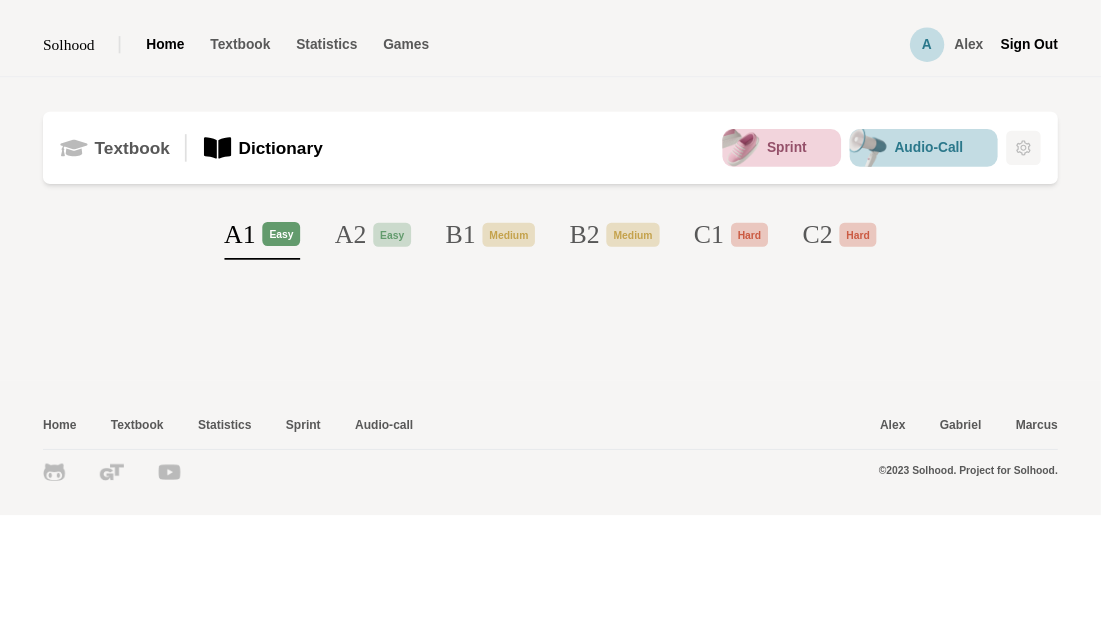
Repository: haudnn/solhood
Page: /textbook
An editor plug-in stored every save of this project. The page is shown before and after the next save, followed by the edit.
The browser window is 1280 px wide. The pictures show the whole page, at 86% of full size.
Pictures or frames that could not be fetched are drawn as grey boxes. The project was rebuilt for these pictures with package versions that can differ from the ones it lists, and the page was loaded fresh each time. Also part of the build but not shown: src/pages/Home.tsx, src/pages/sprint/Sprint.tsx, src/pages/sprint/Game.tsx, src/pages/sprint/Result.tsx, src/pages/audio/Audio.tsx, src/pages/audio/Game.tsx, src/pages/audio/Result.tsx.

Above is the page before, as saved 2023-01-06 18:18:06.

After the next save:
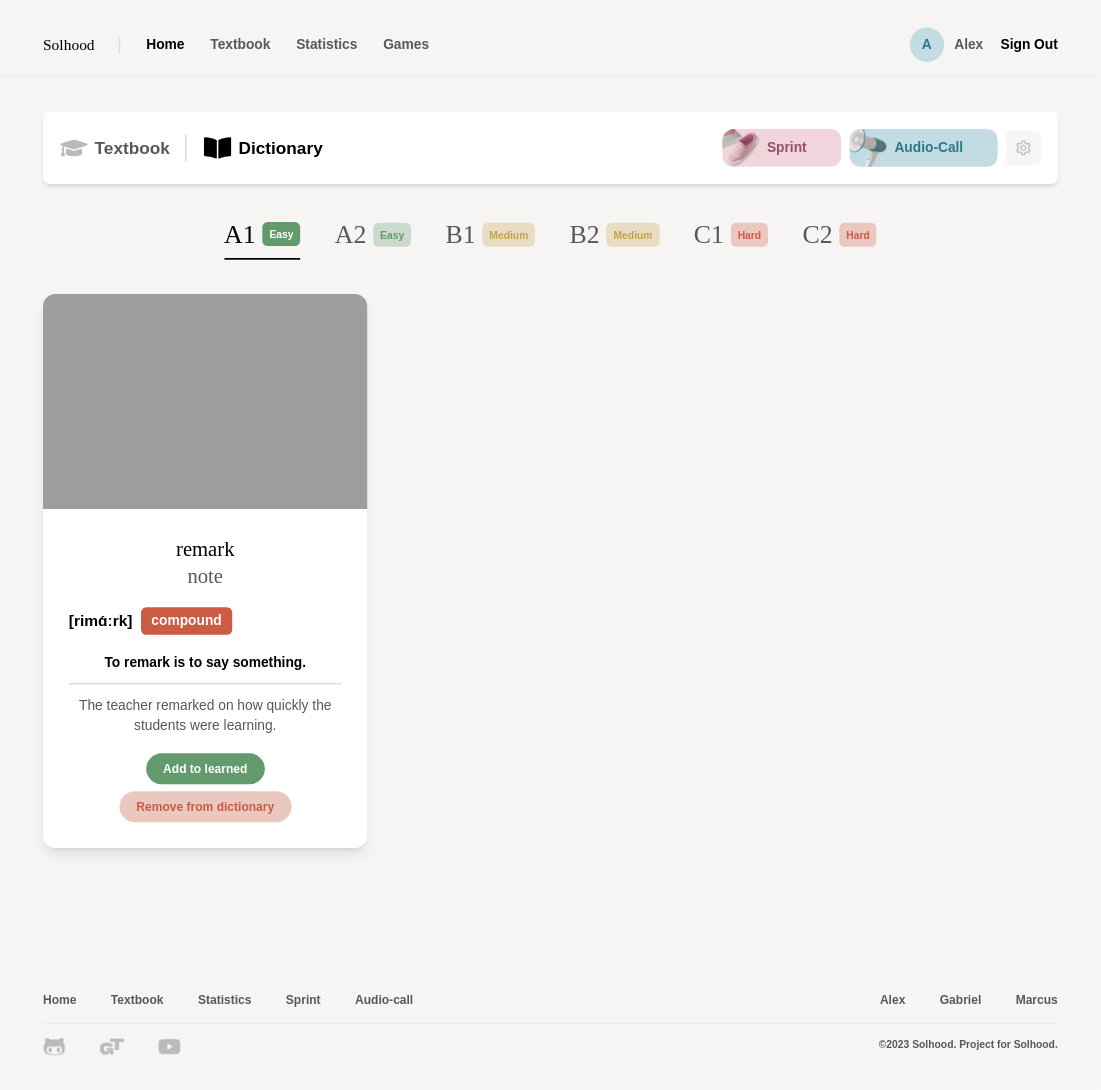
Saved 1 s later.
--- a/src/pages/textbook/TextBook.tsx
+++ b/src/pages/textbook/TextBook.tsx
@@ -4,6 +4,7 @@ import { AiOutlineSetting } from "react-icons/ai";
 import textbookSneaker from ".././../assets/imgs/textbookSneaker.png";
 import textbookAudio from ".././../assets/imgs/textbookAudio.png";
 import useOnClickOutside from "../../hooks/useClickOutSide";
+import WordItem from "./WordItem";
 const TextBook = () => {
   const [isSettings, setIsSettings] = useState<Boolean>(false);
   const ref = React.useRef<HTMLDivElement | null>(null);
@@ -178,7 +179,7 @@ const TextBook = () => {
         <div className={`${checkedList[0].checked ? "w-[926px]" : "w-full"} `}>
           <div className="gird">
             <div className="row">
-
+                <WordItem isList={checkedList[0].checked}/>
             </div>
           </div>
         </div>
